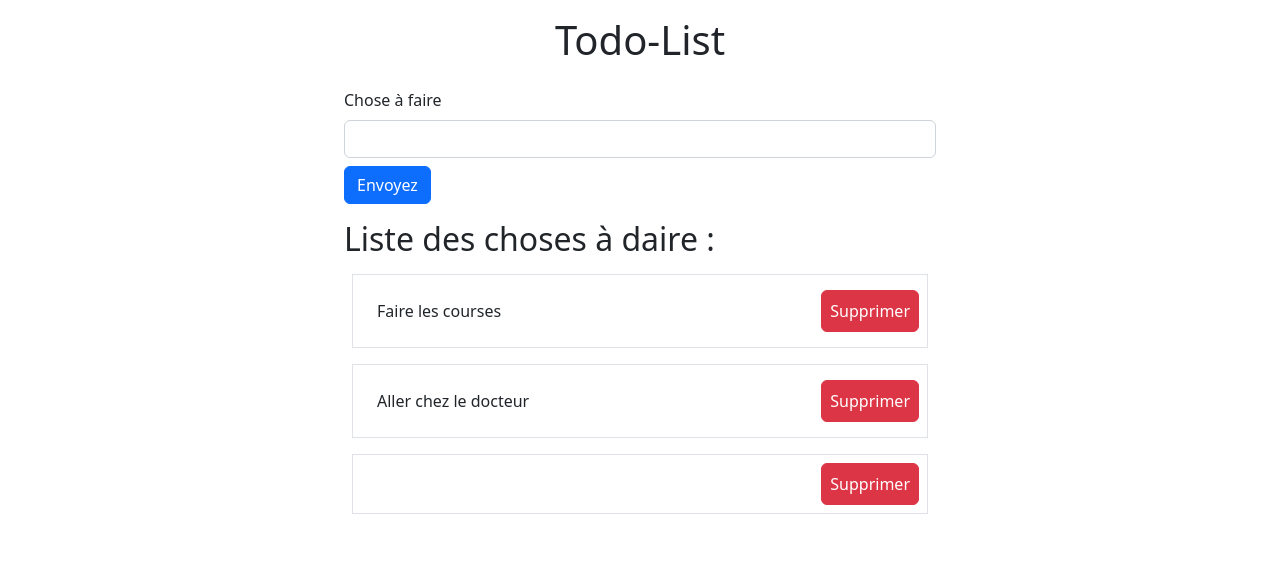
Repository: Michelhof1978/toDoListReact
Page: / (app in APPLICATION/)
These files come from the project's save history. The page is drawn as it stood at one moment and after a run of saves; the edit follows.
The browser window is 1280 px wide. The pictures show the whole page.
The project was rebuilt for these pictures with package versions that can differ from the ones it lists, and the page was loaded fresh each time.

Above is the page before, as saved 2023-05-17 17:20:49.

### APPLICATION/src/index.css
*, ::before, ::after {
  box-sizing: border-box;
  margin: 0;
  padding: 0;
}

body {
  background: #222;
  color: #f1f1f1;
  font-family: Arial, Helvetica, sans-serif;
}

.box {
  width: 200px;
  height: 200px;
  background: salmon;
  margin: 30px;
  transition: all ease-in-out 0.4s;
}
.animated {
  background: lightblue;
  transform: scale(1.3);
}

### APPLICATION/src/App.js
import '../node_modules/bootstrap/dist/css/bootstrap.min.css'
import Form from './Components/Form'

function App() {

  return (
    <div className="App">
        <h1 className="text-center mt-3">Todo-List</h1>
        <Form /> {/* On affiche le composant form */}

    </div>
  );
}

export default App;

### APPLICATION/src/Components/Form.js
import {useState} from 'react'
import Item from './Item'
import { v4 as uuidv4 } from 'uuid'//Importation uuid pour pouvoir bien indexer correctement les Items avec en plus la sécurité
// -------------------------------------------------------------------------------------------------------------------------
export default function Form(){

    //State
    const [dataArray, setDataArray] = useState([//Création du state sous forme de tableau
        {txt: "Faire les courses" , id: uuidv4()}, //On execute uuid pour que les items par la suite soient bien indexés et avoir un Id unique
        {txt: "Aller chez le docteur" , id: uuidv4()},//L'Id unique sera sous forme '9b1deb4d-3b7d-4bad-9bdd-2b0d7b3dcb6d'
        {txt: "" , id: uuidv4()},
    ])

    // -------------------------------------------------------------------------------------------------------------------------

    //Création d'un nouveau state vide pour ajout éléments
    const [newStateInput, setNewStateInput] = useState();//On peut créer autant de fois de states que l on veut

    // -------------------------------------------------------------------------------------------------------------------------

    //Suppression des Items
    const supElement = id => {//On passe cette fonction en props
        // console.log(id);

        const filteredState = dataArray.filter(item => {//dataArr.filter => méthode pour filtrer un tableau, filter retourne un nouveau tableau
            return item.id !== id;//On retourne un nouveau tableau avec les id d item différents des id qu on aura cliqué
        })
        setDataArray(filteredState)// On actualise l ancien state et on le remets à jour avec un nouveau state, cela va remettre à jour le state avec ce qui reste en Items, lors du clic sur boutton pour supprimer, l item va disparaître
    }
    // -------------------------------------------------------------------------------------------------------------------------

    //Ajout élément lors du clic sur bouton envoyer
    const addTodoList = e => {
        e.preventDefault();//Pour éviter que le formulaire se mette à jour à chaque fois que l on valide le formulaire, preventDefault() s utilise uniquement qu avec des événements
        const newArray = [...dataArray] //On a creé un nouveau tableau avec tous les objects à l intérieur car, on ne peut pas recopier un tableau ou un object existant donc on va toujours utiliser le spread operator qui va récuperer tous les éléments de dataArr

        const newTodoList = {};//On crée un nouvel object
        newTodoList.txt = newStateInput;//On lui ajoute une propriété txt au nouvel object
        newTodoList.id = uuidv4();//On lui ajoute un id unique comme pour les anciens Items

        newArray.push(newTodoList);//On push le nouvel object ds le tableau que l on a recopié
        setDataArray(newArray);//On change le state avec les nouvelles données que l on aura donné ds le champ de formulaire

        setNewStateInput('')//On remets l input du formulaire à zéro lors du clic envoyer pour une meilleure expérience utilisateurs
    }

    const linkedEventInput = e => {//On fait appel à un événement pour que lorsque du clic envoyer, l input se vide
        setNewStateInput(e);

    }

// -------------------------------------------------------------------------------------------------------------------------
    return (

        <div className="m-auto px-4 col-12 col-sm-10 col-lg-6">

<form onSubmit={e => addTodoList(e)} className="mb-3">

                <label htmlFor="todo" className="form-label mt-3">Chose à faire</label>

                <input
                value={newStateInput}//Value => nouveau state
                onChange={e => linkedEventInput(e.target.value)}
                // e.target est une référence à l'objet qui a envoyé l'événement.Lorsque le gestionnaire d'événements est appelé au
                // cours de la phase de propagation ou de la phase de capture de l'événement.
                type="text"
                className="form-control"
                id="todo"/>

                <button className="mt-2 btn btn-primary d-block">Envoyez</button>
            </form>
 {/* ------------------------------------------------------------------------------------------------------------------------- */}

            <h2>Liste des choses à daire : </h2>

            <ul className="list-group"> {/*On retourne une liste avec les Items grâce à la classe list-group de bootstrap */}
                {dataArray.map(item => {// map va retourner un nouveau tableau ,item est un paramètre de la fonction de rappel utilisée dans la méthode map()
                    return (
                        <Item //On insère les items qui sont des li ds le ul
                        txt={item.txt}
                        key={item.id}//Une clé différente pour chaque élément item (uniquement pour react)
                        id={item.id}//Id unique grâce à uuid
                        supItem={supElement}//Création props pour pouvoir appeler la fonction supElement ds item.js lors du clic bouton supprimer
                        />
                    )
                })}
            </ul>
        </div>

    )
}

### APPLICATION/src/Components/Item.js

export default function Item(props) {


    return (
        <li className="border d-flex justify-content-between align-items-center  p-2 m-2">

            <div className="p-3">{props.txt}</div>

            <button className="btn btn-danger p-2 h-50"
             onClick={() => props.supItem(props.id)}
             // Evenement lors du clic , Dés qu on a des arguments à passer, on passe par une fonction anonyme
             // On va pouvoir supprimer l Id ciblé que l on souhaite grâce à la fonction supElement déclarer en props supItem
           >Supprimer
           </button>

        </li>
    )
}

Loaded but not shown: APPLICATION/public/index.html (common file); APPLICATION/src/index.js (common file)

After the next 2 saves:
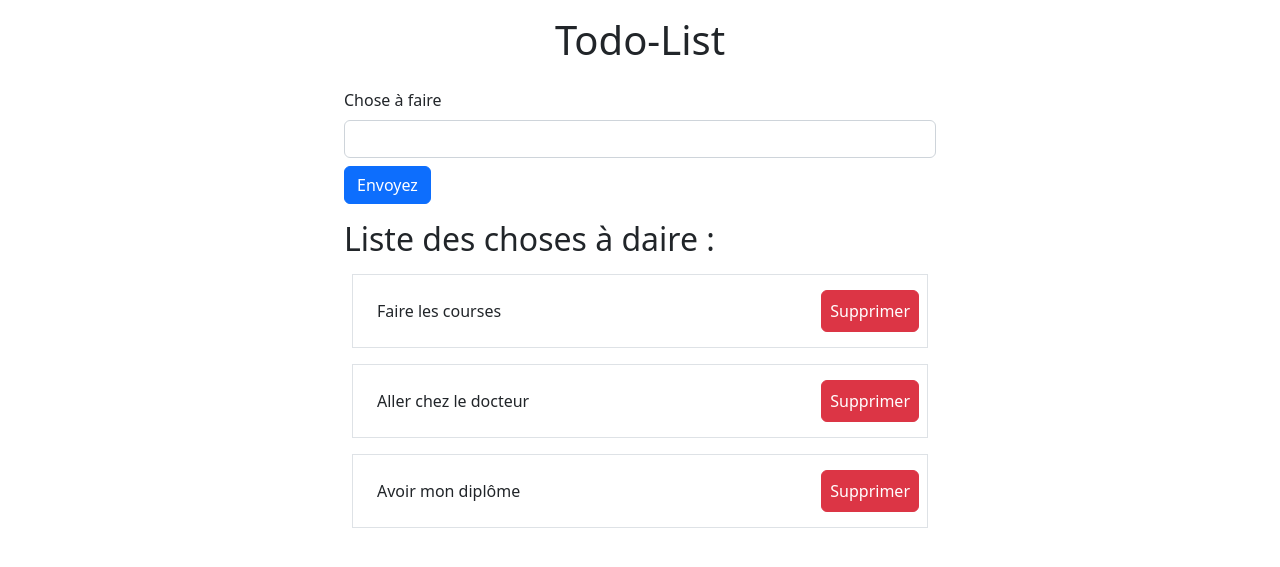
The 2 saves are shown as one change because they came seconds apart.
The last was saved 7 s later.
--- a/APPLICATION/src/Components/Form.js
+++ b/APPLICATION/src/Components/Form.js
@@ -8,7 +8,7 @@ export default function Form(){
     const [dataArray, setDataArray] = useState([//Création du state sous forme de tableau
         {txt: "Faire les courses" , id: uuidv4()}, //On execute uuid pour que les items par la suite soient bien indexés et avoir un Id unique
         {txt: "Aller chez le docteur" , id: uuidv4()},//L'Id unique sera sous forme '9b1deb4d-3b7d-4bad-9bdd-2b0d7b3dcb6d'
-        {txt: "" , id: uuidv4()},
+        {txt: "Avoir mon diplôme" , id: uuidv4()},
     ])
 
     // -------------------------------------------------------------------------------------------------------------------------
